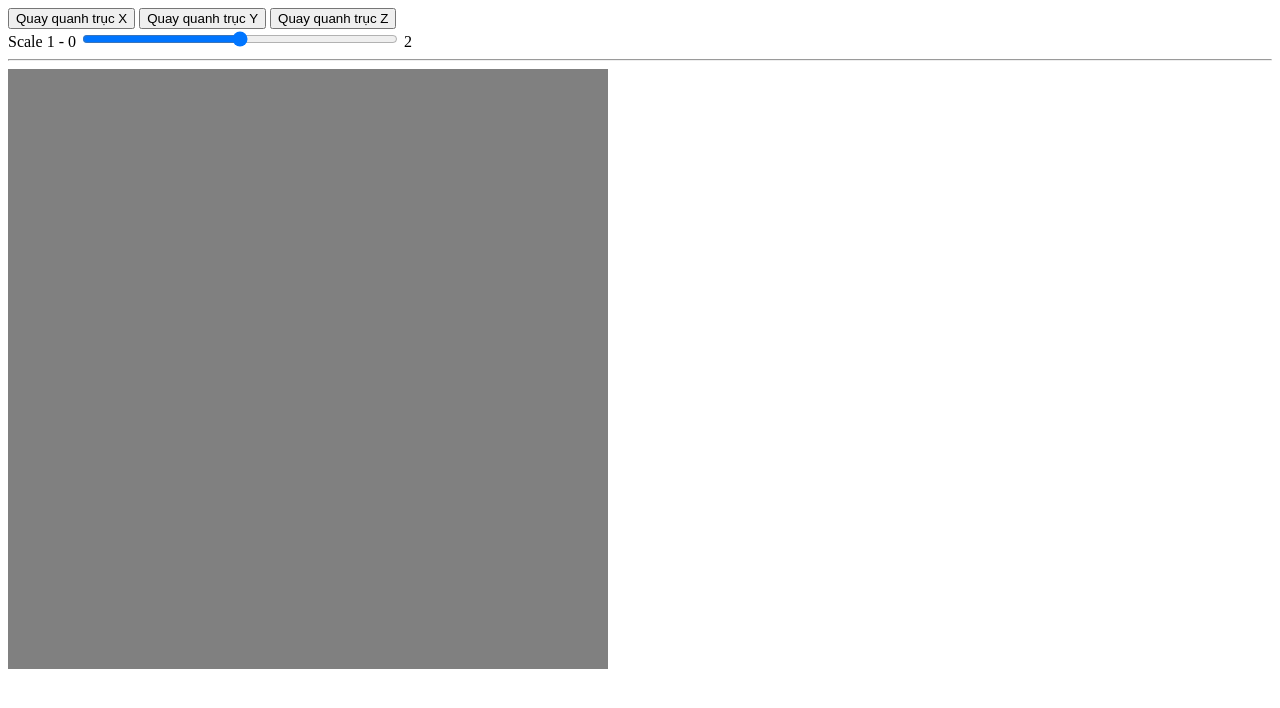
Repository: JoinGame-A36664/Build-House-WebGL
Page: index.html
An editor plug-in stored every save of this project. The page is shown before and after the next save, followed by the edit.
The browser window is 1280 px wide. The pictures show the whole page.

Above is the page before, as saved 2021-10-24 22:44:52.

### index.html
<!DOCTYPE html>
<html>
	<head>
		<meta http-equiv="Content-Type" content="text/html;charset=utf-8" />


		<script id="vertex-shader" type="x-shader/x-vertex">
			#version 300 es

			in vec2 vPosition;

			void main()
			{
			    gl_Position = vec4(vPosition, 0.0, 1.0);
			}
		</script>

		<script id="fragment-shader" type="x-shader/x-fragment">
			#version 300 es
			precision mediump float;

			out vec4 fColor;

			void main()
			{
			    fColor = vec4(1.0, 0.0, 0.0, 1.0);   // Red, Green, Blue
			}
		</script>

		<script type="text/javascript" src="./Common/initShaders.js"></script>
		<script type="text/javascript" src="./Common/MVnew.js"></script>
		<script type="text/javascript" src="./Bietthu1.js"></script>
	</head>

	<body>
		<button id="angle_x">Quay quanh trục X</button>
		<button id="angle_y">Quay quanh trục Y</button>
		<button id="angle_z">Quay quanh trục Z</button>
		<div>
			Scale <span id="show-scale">1</span> - 0
			<input
				id="scale"
				type="range"
				min="0"
				max="2"
				step="0.1"
				value="1.0"
				style="width: 25%"
			/>
			2
		</div>
		<hr />

		<canvas id="gl-canvas" width="600" height="600">
			Oops ... your browser doesn't support the HTML5 canvas element
		</canvas>

		<script type="text/javascript" src="Common/initShaders.js"></script>
		<script type="text/javascript" src="Common/MVnew.js"></script>
		<script type="text/javascript" src="Bietthu1.js"></script>
	</body>
</html>

### Common/initShaders.js
                                             //
//  initShaders.js
//

function initShaders( gl, vertexShaderId, fragmentShaderId )
{
    var vertShdr;
    var fragShdr;

    var vertElem = document.getElementById( vertexShaderId );
    if ( !vertElem ) {
        alert( "Unable to load vertex shader " + vertexShaderId );
        return -1;
    }
    else {
        vertShdr = gl.createShader( gl.VERTEX_SHADER );
        gl.shaderSource( vertShdr, vertElem.textContent.replace(/^\s+|\s+$/g, '' ));
        gl.compileShader( vertShdr );
        if ( !gl.getShaderParameter(vertShdr, gl.COMPILE_STATUS) ) {
            var msg = "Vertex shader failed to compile.  The error log is:"
        	+ "<pre>" + gl.getShaderInfoLog( vertShdr ) + "</pre>";
            alert( msg );
            return -1;
        }
    }

    var fragElem = document.getElementById( fragmentShaderId );
    if ( !fragElem ) {
        alert( "Unable to load vertex shader " + fragmentShaderId );
        return -1;
    }
    else {
        fragShdr = gl.createShader( gl.FRAGMENT_SHADER );
        gl.shaderSource( fragShdr, fragElem.textContent.replace(/^\s+|\s+$/g, '' ) );
        gl.compileShader( fragShdr );
        if ( !gl.getShaderParameter(fragShdr, gl.COMPILE_STATUS) ) {
            var msg = "Fragment shader failed to compile.  The error log is:"
        	+ "<pre>" + gl.getShaderInfoLog( fragShdr ) + "</pre>";
            alert( msg );
            return -1;
        }
    }

    var program = gl.createProgram();
    gl.attachShader( program, vertShdr );
    gl.attachShader( program, fragShdr );
    gl.linkProgram( program );

    if ( !gl.getProgramParameter(program, gl.LINK_STATUS) ) {
        var msg = "Shader program failed to link.  The error log is:"
            + "<pre>" + gl.getProgramInfoLog( program ) + "</pre>";
        alert( msg );
        return -1;
    }

    return program;
}

Loaded but not shown: Common/MVnew.js (1178 lines, source omitted); Bietthu1.js (418 lines, source omitted)

After the next save:
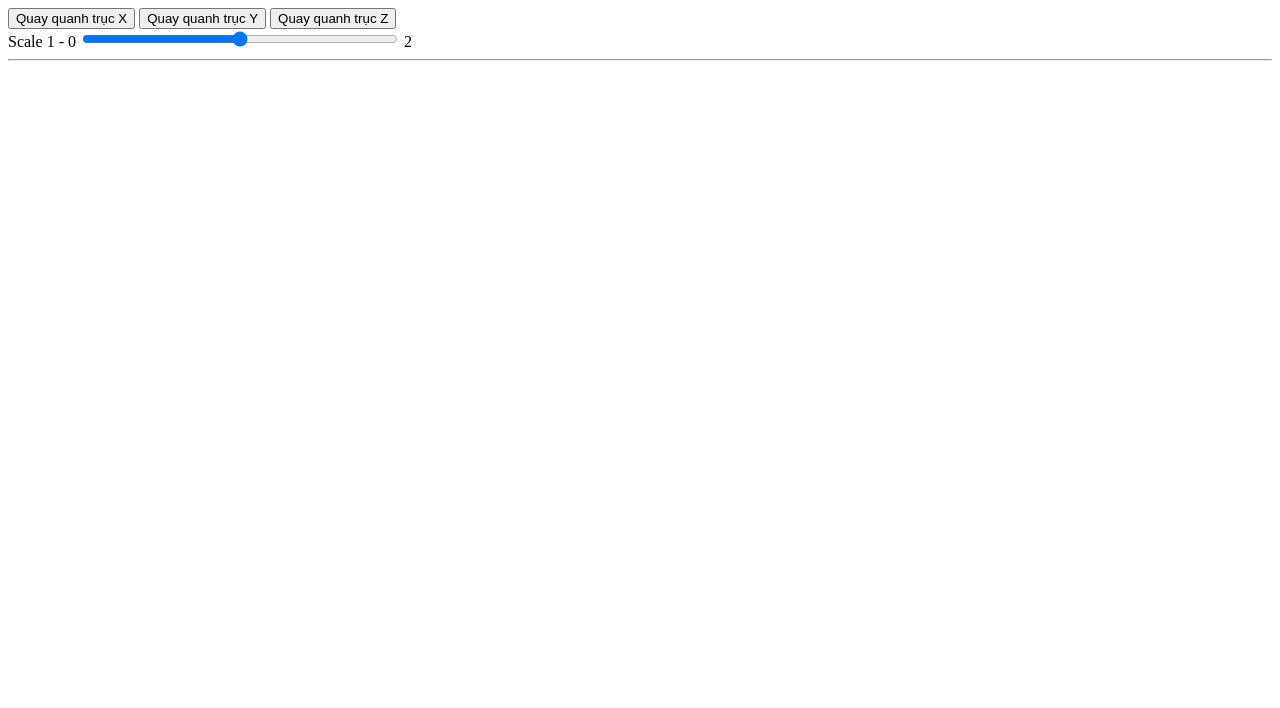
Console error: TypeError: Failed to execute 'useProgram' on 'WebGL2RenderingContext': parameter 1 is not of type 'WebGLProgram'.
Saved 4 s later.
--- a/index.html
+++ b/index.html
@@ -4,16 +4,6 @@
 		<meta http-equiv="Content-Type" content="text/html;charset=utf-8" />
 
 
-		<script id="vertex-shader" type="x-shader/x-vertex">
-			#version 300 es
-
-			in vec2 vPosition;
-
-			void main()
-			{
-			    gl_Position = vec4(vPosition, 0.0, 1.0);
-			}
-		</script>
 
 		<script id="fragment-shader" type="x-shader/x-fragment">
 			#version 300 es

After the save that followed:
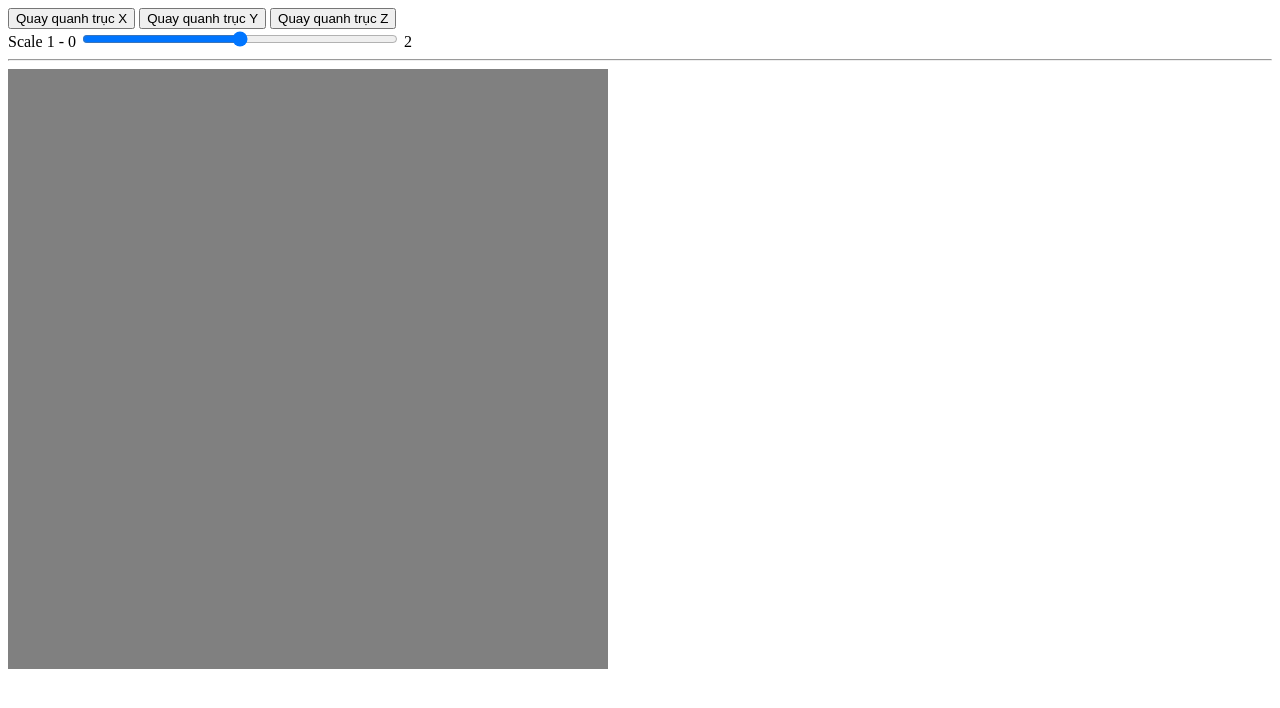
The error is gone.
Saved 6 s later.
--- a/index.html
+++ b/index.html
@@ -3,7 +3,16 @@
 	<head>
 		<meta http-equiv="Content-Type" content="text/html;charset=utf-8" />
 
+		<script id="vertex-shader" type="x-shader/x-vertex">
+			#version 300 es
 
+			in vec2 vPosition;
+
+			void main()
+			{
+			    gl_Position = vec4(vPosition, 0.0, 1.0);
+			}
+		</script>
 
 		<script id="fragment-shader" type="x-shader/x-fragment">
 			#version 300 es
